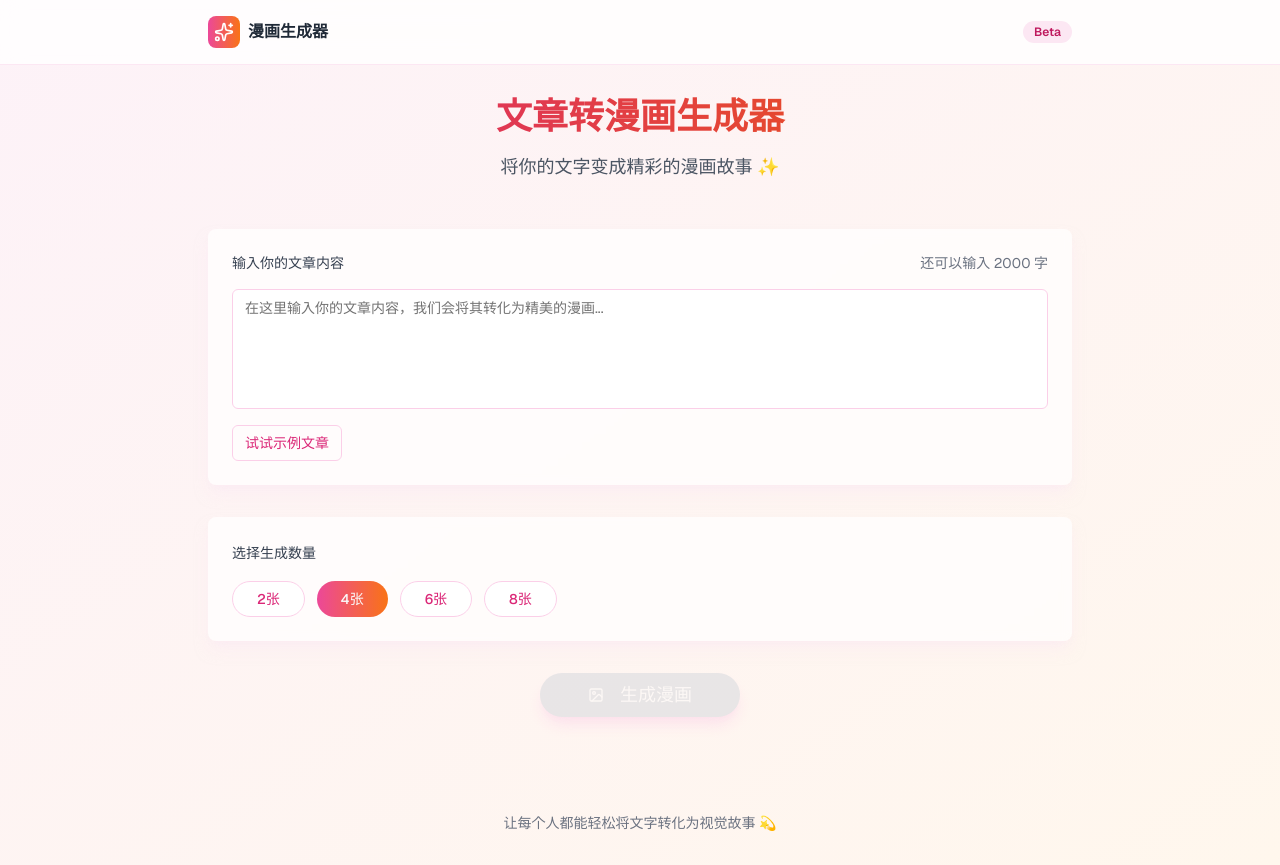
Repository: kingxiaozhe/comic-generator
Page: /
An editor plug-in stored every save of this project. The page is shown before and after the next save, followed by the edit.
The browser window is 1280 px wide. The pictures show the whole page.
The project was rebuilt for these pictures with package versions that can differ from the ones it lists, and the page was loaded fresh each time. Some packages were replaced by stand-ins written for this rebuild. The framework's server and built-in components were replaced by stand-ins that run in the browser. Also part of the build but not shown: next.config.mjs.

Above is the page before, as saved 2025-08-01 23:13:13.

### app/page.tsx
"use client";

import { useState } from "react";
import { Card, CardContent } from "@/components/ui/card";
import { Button } from "@/components/ui/button";
import { Textarea } from "@/components/ui/textarea";
import { Badge } from "@/components/ui/badge";
import {
  Sparkles,
  ImageIcon,
  Download,
  Eye,
  Heart,
  MessageCircle,
  Share,
} from "lucide-react";
import { ComicPanel } from "@/lib/types";

export default function ComicGenerator() {
  const [content, setContent] = useState("");
  const [selectedCount, setSelectedCount] = useState(4);
  const [isGenerating, setIsGenerating] = useState(false);
  const [comicPanels, setComicPanels] = useState<ComicPanel[]>([]);
  const [error, setError] = useState<string | null>(null);
  const maxLength = 2000;

  const sampleArticle = `春天来了，小明走在回家的路上。突然，他发现路边有一只受伤的小猫。小明毫不犹豫地将小猫抱起，送到了附近的宠物医院。医生说小猫只是轻微擦伤，很快就能康复。从那天起，小明每天都会去医院看望小猫，直到它完全康复。`;

  const handleGenerate = async () => {
    if (!content.trim()) return;

    setIsGenerating(true);
    setError(null);

    try {
      const response = await fetch("/api/generate", {
        method: "POST",
        headers: {
          "Content-Type": "application/json",
        },
        body: JSON.stringify({
          content,
          count: selectedCount,
        }),
      });

      const data = await response.json();

      if (!response.ok) {
        throw new Error(data.error || "生成漫画失败，请稍后再试");
      }

      setComicPanels(data.comicPanels);
    } catch (err) {
      setError(err instanceof Error ? err.message : "生成漫画时发生未知错误");
      console.error("生成漫画错误:", err);
    } finally {
      setIsGenerating(false);
    }
  };

  const fillSample = () => {
    setContent(sampleArticle);
  };

  const getGridLayout = (count: number) => {
    switch (count) {
      case 2:
        return "grid-cols-1 md:grid-cols-2";
      case 4:
        return "grid-cols-2";
      case 6:
        return "grid-cols-2 md:grid-cols-3";
      case 8:
        return "grid-cols-2 md:grid-cols-4";
      default:
        return "grid-cols-2";
    }
  };

  return (
    <div className="min-h-screen bg-gradient-to-br from-pink-50 to-orange-50">
      {/* Header */}
      <div className="bg-white/80 backdrop-blur-md border-b border-pink-100 sticky top-0 z-10">
        <div className="max-w-4xl mx-auto px-4 py-4 flex items-center justify-between">
          <div className="flex items-center gap-2">
            <div className="w-8 h-8 bg-gradient-to-r from-pink-500 to-orange-500 rounded-lg flex items-center justify-center">
              <Sparkles className="w-5 h-5 text-white" />
            </div>
            <span className="font-bold text-gray-800">漫画生成器</span>
          </div>
          <div className="flex items-center gap-4">
            <Badge variant="secondary" className="bg-pink-100 text-pink-700">
              Beta
            </Badge>
          </div>
        </div>
      </div>

      <div className="max-w-4xl mx-auto px-4 py-8">
        {/* Hero Section */}
        <div className="text-center mb-12">
          <h1 className="text-4xl font-bold bg-gradient-to-r from-pink-600 to-orange-600 bg-clip-text text-transparent mb-4">
            文章转漫画生成器
          </h1>
          <p className="text-gray-600 text-lg mb-8">
            将你的文字变成精彩的漫画故事 ✨
          </p>
        </div>

        {/* Input Section */}
        <Card className="mb-8 border-0 shadow-lg shadow-pink-100/50 bg-white/70 backdrop-blur-sm">
          <CardContent className="p-6">
            <div className="space-y-4">
              <div className="flex items-center justify-between">
                <label className="text-sm font-medium text-gray-700">
                  输入你的文章内容
                </label>
                <span
                  className={`text-sm ${
                    content.length > maxLength
                      ? "text-red-500"
                      : "text-gray-500"
                  }`}
                >
                  还可以输入 {maxLength - content.length} 字
                </span>
              </div>

              <Textarea
                value={content}
                onChange={(e) => setContent(e.target.value)}
                placeholder="在这里输入你的文章内容，我们会将其转化为精美的漫画..."
                className="min-h-[120px] resize-none border-pink-200 focus:border-pink-400 focus:ring-pink-400/20"
                maxLength={maxLength}
              />

              <div className="flex justify-start">
                <Button
                  variant="outline"
                  size="sm"
                  onClick={fillSample}
                  className="border-pink-200 text-pink-600 hover:bg-pink-50 bg-transparent"
                >
                  试试示例文章
                </Button>
              </div>
            </div>
          </CardContent>
        </Card>

        {/* Configuration Section */}
        <Card className="mb-8 border-0 shadow-lg shadow-pink-100/50 bg-white/70 backdrop-blur-sm">
          <CardContent className="p-6">
            <div className="space-y-4">
              <label className="text-sm font-medium text-gray-700">
                选择生成数量
              </label>

              <div className="flex gap-3">
                {[2, 4, 6, 8].map((count) => (
                  <Button
                    key={count}
                    variant={selectedCount === count ? "default" : "outline"}
                    size="sm"
                    onClick={() => setSelectedCount(count)}
                    className={`rounded-full px-6 ${
                      selectedCount === count
                        ? "bg-gradient-to-r from-pink-500 to-orange-500 hover:from-pink-600 hover:to-orange-600"
                        : "border-pink-200 text-pink-600 hover:bg-pink-50"
                    }`}
                  >
                    {count}张
                  </Button>
                ))}
              </div>
            </div>
          </CardContent>
        </Card>

        {/* Generate Button */}
        <div className="text-center mb-8">
          <Button
            onClick={handleGenerate}
            disabled={!content.trim() || isGenerating}
            size="lg"
            className="px-12 py-3 text-lg font-medium rounded-full bg-gradient-to-r from-pink-500 to-orange-500 hover:from-pink-600 hover:to-orange-600 disabled:from-gray-300 disabled:to-gray-300 shadow-lg shadow-pink-200"
          >
            {isGenerating ? (
              <>
                <div className="animate-spin rounded-full h-5 w-5 border-b-2 border-white mr-2" />
                生成中...
              </>
            ) : (
              <>
                <ImageIcon className="w-5 h-5 mr-2" />
                生成漫画
              </>
            )}
          </Button>
        </div>

        {/* Error Display */}
        {error && (
          <Card className="mb-8 border-red-200 shadow-lg shadow-red-100/50 bg-white/70 backdrop-blur-sm">
            <CardContent className="p-4">
              <p className="text-red-500 text-center">{error}</p>
            </CardContent>
          </Card>
        )}

        {/* Loading State */}
        {isGenerating && (
          <Card className="mb-8 border-0 shadow-lg shadow-pink-100/50 bg-white/70 backdrop-blur-sm">
            <CardContent className="p-8 text-center">
              <div className="space-y-4">
                <div className="animate-pulse">
                  <div className="w-16 h-16 bg-gradient-to-r from-pink-500 to-orange-500 rounded-full mx-auto mb-4 flex items-center justify-center">
                    <Sparkles className="w-8 h-8 text-white animate-spin" />
                  </div>
                </div>
                <p className="text-gray-600">正在分析文章内容...</p>
                <p className="text-sm text-gray-500">预计需要30秒</p>
              </div>
            </CardContent>
          </Card>
        )}

        {/* Results Section */}
        {comicPanels.length > 0 && !isGenerating && (
          <Card className="border-0 shadow-lg shadow-pink-100/50 bg-white/70 backdrop-blur-sm">
            <CardContent className="p-6">
              <div className="mb-6">
                <h3 className="text-xl font-semibold text-gray-800 mb-2">
                  生成结果
                </h3>
                <p className="text-gray-600 text-sm">
                  点击图片可查看大图，右键保存图片
                </p>
              </div>

              <div
                className={`grid ${getGridLayout(comicPanels.length)} gap-4`}
              >
                {comicPanels.map((panel, i) => (
                  <div key={panel.id} className="group relative aspect-square">
                    <div className="w-full h-full bg-gradient-to-br from-pink-100 to-orange-100 rounded-2xl flex items-center justify-center cursor-pointer transition-transform hover:scale-105 overflow-hidden">
                      <img
                        src={panel.imageUrl}
                        alt={`漫画场景 ${i + 1}`}
                        className="w-full h-full object-cover"
                      />
                    </div>

                    {/* Overlay on hover */}
                    <div className="absolute inset-0 bg-black/0 group-hover:bg-black/20 rounded-2xl transition-all duration-200 flex items-center justify-center opacity-0 group-hover:opacity-100">
                      <div className="flex gap-2">
                        <Button
                          size="sm"
                          variant="secondary"
                          className="rounded-full"
                          onClick={() => window.open(panel.imageUrl, "_blank")}
                        >
                          <Eye className="w-4 h-4" />
                        </Button>
                        <Button
                          size="sm"
                          variant="secondary"
                          className="rounded-full"
                          onClick={() => {
                            const a = document.createElement("a");
                            a.href = panel.imageUrl;
                            a.download = `comic-panel-${i + 1}.jpg`;
                            a.click();
                          }}
                        >
                          <Download className="w-4 h-4" />
                        </Button>
                      </div>
                    </div>

                    {/* 描述提示框 */}
                    <div className="hidden group-hover:block absolute bottom-2 left-2 right-2 bg-black/60 text-white p-2 rounded-lg text-xs">
                      {panel.description.substring(0, 100)}
                      {panel.description.length > 100 ? "..." : ""}
                    </div>
                  </div>
                ))}
              </div>

              {/* Social Actions */}
              <div className="mt-8 pt-6 border-t border-pink-100">
                <div className="flex items-center justify-between">
                  <div className="flex items-center gap-4">
                    <Button
                      variant="ghost"
                      size="sm"
                      className="text-gray-600 hover:text-pink-600"
                    >
                      <Heart className="w-4 h-4 mr-1" />
                      喜欢
                    </Button>
                    <Button
                      variant="ghost"
                      size="sm"
                      className="text-gray-600 hover:text-pink-600"
                    >
                      <MessageCircle className="w-4 h-4 mr-1" />
                      评论
                    </Button>
                    <Button
                      variant="ghost"
                      size="sm"
                      className="text-gray-600 hover:text-pink-600"
                    >
                      <Share className="w-4 h-4 mr-1" />
                      分享
                    </Button>
                  </div>
                  <Badge
                    variant="secondary"
                    className="bg-green-100 text-green-700"
                  >
                    生成成功
                  </Badge>
                </div>
              </div>
            </CardContent>
          </Card>
        )}
      </div>

      {/* Footer */}
      <div className="text-center py-8 text-gray-500 text-sm">
        <p>让每个人都能轻松将文字转化为视觉故事 💫</p>
      </div>
    </div>
  );
}

### components/ui/card.tsx
import * as React from "react"

import { cn } from "@/lib/utils"

const Card = React.forwardRef<
  HTMLDivElement,
  React.HTMLAttributes<HTMLDivElement>
>(({ className, ...props }, ref) => (
  <div
    ref={ref}
    className={cn(
      "rounded-lg border bg-card text-card-foreground shadow-sm",
      className
    )}
    {...props}
  />
))
Card.displayName = "Card"

const CardHeader = React.forwardRef<
  HTMLDivElement,
  React.HTMLAttributes<HTMLDivElement>
>(({ className, ...props }, ref) => (
  <div
    ref={ref}
    className={cn("flex flex-col space-y-1.5 p-6", className)}
    {...props}
  />
))
CardHeader.displayName = "CardHeader"

const CardTitle = React.forwardRef<
  HTMLDivElement,
  React.HTMLAttributes<HTMLDivElement>
>(({ className, ...props }, ref) => (
  <div
    ref={ref}
    className={cn(
      "text-2xl font-semibold leading-none tracking-tight",
      className
    )}
    {...props}
  />
))
CardTitle.displayName = "CardTitle"

const CardDescription = React.forwardRef<
  HTMLDivElement,
  React.HTMLAttributes<HTMLDivElement>
>(({ className, ...props }, ref) => (
  <div
    ref={ref}
    className={cn("text-sm text-muted-foreground", className)}
    {...props}
  />
))
CardDescription.displayName = "CardDescription"

const CardContent = React.forwardRef<
  HTMLDivElement,
  React.HTMLAttributes<HTMLDivElement>
>(({ className, ...props }, ref) => (
  <div ref={ref} className={cn("p-6 pt-0", className)} {...props} />
))
CardContent.displayName = "CardContent"

const CardFooter = React.forwardRef<
  HTMLDivElement,
  React.HTMLAttributes<HTMLDivElement>
>(({ className, ...props }, ref) => (
  <div
    ref={ref}
    className={cn("flex items-center p-6 pt-0", className)}
    {...props}
  />
))
CardFooter.displayName = "CardFooter"

export { Card, CardHeader, CardFooter, CardTitle, CardDescription, CardContent }

### components/ui/textarea.tsx
import * as React from "react"

import { cn } from "@/lib/utils"

export interface TextareaProps extends React.TextareaHTMLAttributes<HTMLTextAreaElement> {}

const Textarea = React.forwardRef<HTMLTextAreaElement, TextareaProps>(({ className, ...props }, ref) => {
  return (
    <textarea
      className={cn(
        "flex min-h-[80px] w-full rounded-md border border-input bg-background px-3 py-2 text-sm ring-offset-background placeholder:text-muted-foreground focus-visible:outline-none focus-visible:ring-2 focus-visible:ring-ring focus-visible:ring-offset-2 disabled:cursor-not-allowed disabled:opacity-50",
        className,
      )}
      ref={ref}
      {...props}
    />
  )
})
Textarea.displayName = "Textarea"

export { Textarea }

### components/ui/badge.tsx
import * as React from "react"
import { cva, type VariantProps } from "class-variance-authority"

import { cn } from "@/lib/utils"

const badgeVariants = cva(
  "inline-flex items-center rounded-full border px-2.5 py-0.5 text-xs font-semibold transition-colors focus:outline-none focus:ring-2 focus:ring-ring focus:ring-offset-2",
  {
    variants: {
      variant: {
        default:
          "border-transparent bg-primary text-primary-foreground hover:bg-primary/80",
        secondary:
          "border-transparent bg-secondary text-secondary-foreground hover:bg-secondary/80",
        destructive:
          "border-transparent bg-destructive text-destructive-foreground hover:bg-destructive/80",
        outline: "text-foreground",
      },
    },
    defaultVariants: {
      variant: "default",
    },
  }
)

export interface BadgeProps
  extends React.HTMLAttributes<HTMLDivElement>,
    VariantProps<typeof badgeVariants> {}

function Badge({ className, variant, ...props }: BadgeProps) {
  return (
    <div className={cn(badgeVariants({ variant }), className)} {...props} />
  )
}

export { Badge, badgeVariants }

Loaded but not shown: app/layout.tsx (common file); app/globals.css (common file); lib/utils.ts (common file); tailwind.config.ts (common file); components/ui/button.tsx (56 lines, source omitted)

After the next save:
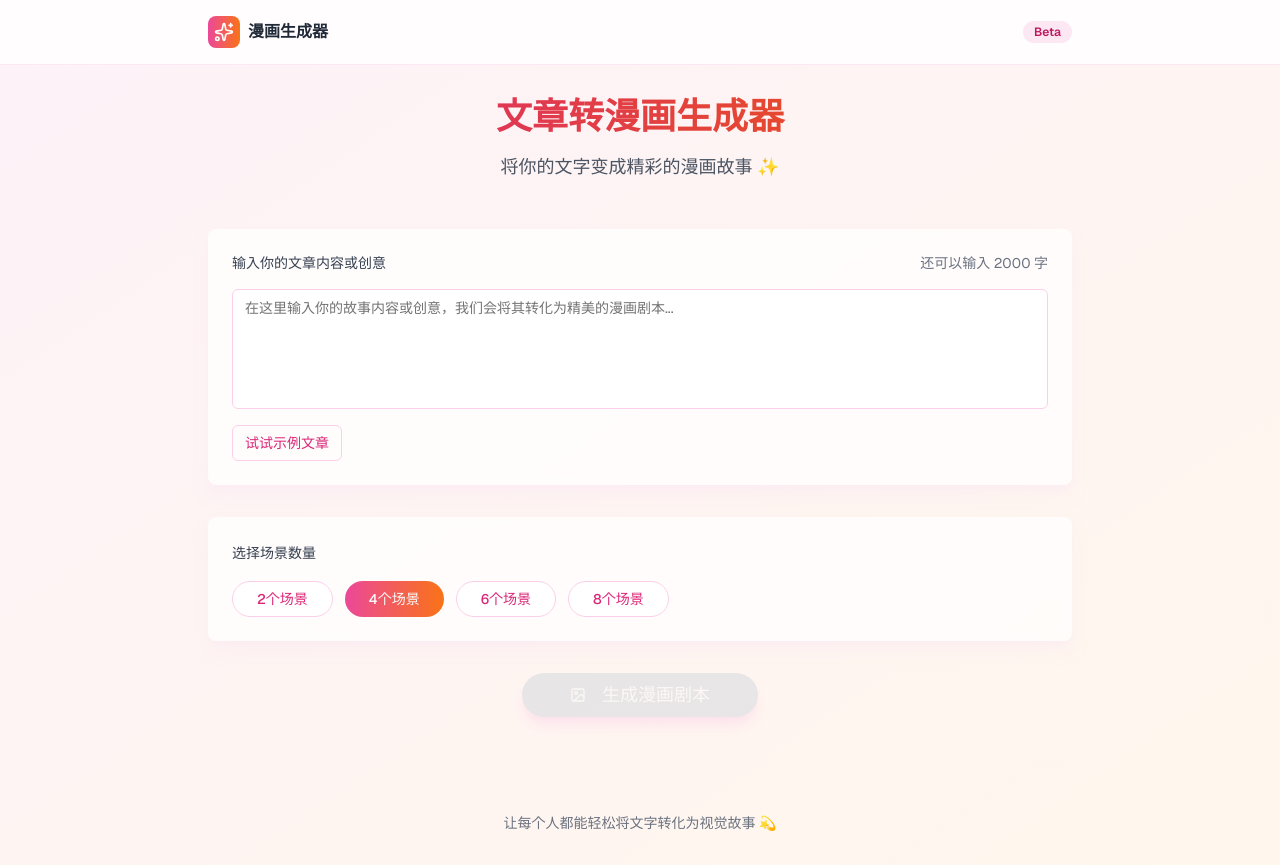
Saved 63 s later.
--- a/app/page.tsx
+++ b/app/page.tsx
@@ -114,7 +114,7 @@ export default function ComicGenerator() {
             <div className="space-y-4">
               <div className="flex items-center justify-between">
                 <label className="text-sm font-medium text-gray-700">
-                  输入你的文章内容
+                  输入你的文章内容或创意
                 </label>
                 <span
                   className={`text-sm ${
@@ -130,7 +130,7 @@ export default function ComicGenerator() {
               <Textarea
                 value={content}
                 onChange={(e) => setContent(e.target.value)}
-                placeholder="在这里输入你的文章内容，我们会将其转化为精美的漫画..."
+                placeholder="在这里输入你的故事内容或创意，我们会将其转化为精美的漫画剧本..."
                 className="min-h-[120px] resize-none border-pink-200 focus:border-pink-400 focus:ring-pink-400/20"
                 maxLength={maxLength}
               />
@@ -154,7 +154,7 @@ export default function ComicGenerator() {
           <CardContent className="p-6">
             <div className="space-y-4">
               <label className="text-sm font-medium text-gray-700">
-                选择生成数量
+                选择场景数量
               </label>
 
               <div className="flex gap-3">
@@ -170,7 +170,7 @@ export default function ComicGenerator() {
                         : "border-pink-200 text-pink-600 hover:bg-pink-50"
                     }`}
                   >
-                    {count}张
+                    {count}个场景
                   </Button>
                 ))}
               </div>
@@ -194,7 +194,7 @@ export default function ComicGenerator() {
             ) : (
               <>
                 <ImageIcon className="w-5 h-5 mr-2" />
-                生成漫画
+                生成漫画剧本
               </>
             )}
           </Button>
@@ -219,7 +219,7 @@ export default function ComicGenerator() {
                     <Sparkles className="w-8 h-8 text-white animate-spin" />
                   </div>
                 </div>
-                <p className="text-gray-600">正在分析文章内容...</p>
+                <p className="text-gray-600">正在创作漫画剧本...</p>
                 <p className="text-sm text-gray-500">预计需要30秒</p>
               </div>
             </CardContent>
@@ -235,54 +235,45 @@ export default function ComicGenerator() {
                   生成结果
                 </h3>
                 <p className="text-gray-600 text-sm">
-                  点击图片可查看大图，右键保存图片
+                  以下是根据您的内容创作的漫画剧本
                 </p>
               </div>
 
-              <div
-                className={`grid ${getGridLayout(comicPanels.length)} gap-4`}
-              >
+              <div className="space-y-8">
                 {comicPanels.map((panel, i) => (
-                  <div key={panel.id} className="group relative aspect-square">
-                    <div className="w-full h-full bg-gradient-to-br from-pink-100 to-orange-100 rounded-2xl flex items-center justify-center cursor-pointer transition-transform hover:scale-105 overflow-hidden">
-                      <img
-                        src={panel.imageUrl}
-                        alt={`漫画场景 ${i + 1}`}
-                        className="w-full h-full object-cover"
-                      />
+                  <div
+                    key={panel.id}
+                    className="bg-white rounded-xl shadow-md p-5 border border-pink-100"
+                  >
+                    <div className="flex items-center mb-3">
+                      <div className="bg-gradient-to-r from-pink-500 to-orange-500 text-white rounded-full w-8 h-8 flex items-center justify-center mr-2">
+                        {i + 1}
+                      </div>
+                      <h4 className="font-medium text-gray-800">
+                        场景 {i + 1}
+                      </h4>
                     </div>
 
-                    {/* Overlay on hover */}
-                    <div className="absolute inset-0 bg-black/0 group-hover:bg-black/20 rounded-2xl transition-all duration-200 flex items-center justify-center opacity-0 group-hover:opacity-100">
-                      <div className="flex gap-2">
+                    <div className="prose prose-pink max-w-none">
+                      <p className="whitespace-pre-wrap text-gray-700">
+                        {panel.content}
+                      </p>
+                    </div>
+
+                    <div className="mt-4 pt-3 border-t border-pink-100">
+                      <div className="flex items-center justify-between">
                         <Button
                           size="sm"
-                          variant="secondary"
-                          className="rounded-full"
-                          onClick={() => window.open(panel.imageUrl, "_blank")}
+                          variant="outline"
+                          className="text-xs border-pink-200 text-pink-600"
                         >
-                          <Eye className="w-4 h-4" />
+                          <ImageIcon className="w-3 h-3 mr-1" />
+                          生成此场景图片
                         </Button>
-                        <Button
-                          size="sm"
-                          variant="secondary"
-                          className="rounded-full"
-                          onClick={() => {
-                            const a = document.createElement("a");
-                            a.href = panel.imageUrl;
-                            a.download = `comic-panel-${i + 1}.jpg`;
-                            a.click();
-                          }}
-                        >
-                          <Download className="w-4 h-4" />
-                        </Button>
+                        <Badge className="bg-pink-100 text-pink-700 font-normal">
+                          场景 {i + 1}/{comicPanels.length}
+                        </Badge>
                       </div>
-                    </div>
-
-                    {/* 描述提示框 */}
-                    <div className="hidden group-hover:block absolute bottom-2 left-2 right-2 bg-black/60 text-white p-2 rounded-lg text-xs">
-                      {panel.description.substring(0, 100)}
-                      {panel.description.length > 100 ? "..." : ""}
                     </div>
                   </div>
                 ))}
